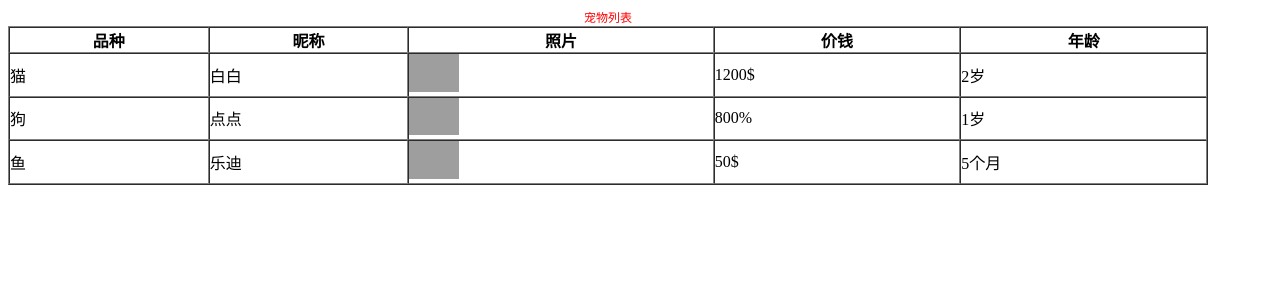
Repository: l897284707/0913
Page: 练习二.html
The author's editor kept a copy of each file at every save. The page is drawn from the files as they stood at one save, then again after the next save.
The browser window is 1280 px wide. The pictures show the whole page.
Pictures or frames that could not be fetched are drawn as grey boxes.

Above is the page before, as saved 2022-09-13 17:49:18.

### 练习二.html
<!DOCTYPE html>
<html lang="en">

<head>
    <meta charset="UTF-8">
    <meta http-equiv="X-UA-Compatible" content="IE=edge">
    <meta name="viewport" content="width=device-width, initial-scale=1.0">
    <title>Document</title>
</head>

<body>
    <table border="1" cellspacing="0" cellpadding="0" width="1200">
        <caption style="color:red;font-size: 12px;font-family: 华文行楷 ;">宠物列表</caption>
        <tr>
            <th>品种</th>
            <th>昵称</th>
            <th>照片</th>
            <th>价钱</th>
            <th>年龄</th>
        </tr>
        <tr>
            <td>猫</td>
            <td>白白</td>
            <td><img src="https://gimg2.baidu.com/image_search/src=http%3A%2F%2Fci.xiaohongshu.com%2F988586a5-dec9-53ea-35cb-02488db6c9b5%3FimageView2%2F2%2Fw%2F1080%2Fformat%2Fjpg&refer=http%3A%2F%2Fci.xiaohongshu.com&app=2002&size=f9999,10000&q=a80&n=0&g=0n&fmt=auto?sec=1665654343&t=7daca78476c671116aa444ebb5512f14"
                    alt="猫的图片" width="50"></td>
            <td>1200$</td>
            <td>2岁</td>
        </tr>
        <tr>
            <td>狗</td>
            <td>点点</td>
            <td><img src="https://img0.baidu.com/it/u=65557040,2229330939&fm=253&fmt=auto&app=120&f=JPEG?w=500&h=500" alt="狗的照片" width="50"></td>
            <td>800%</td>
            <td>1岁</td>
        </tr>
        <tr>
            <td>鱼</td>
            <td>乐迪</td>
            <td><img src="https://img0.baidu.com/it/u=2038138131,2263571719&fm=253&fmt=auto&app=138&f=JPEG?w=751&h=500" alt="鱼的照片" width="50"></td>
            <td>50$</td>
            <td>5个月</td>
        </tr>

    </table>
</body>

</html>

After the next save:
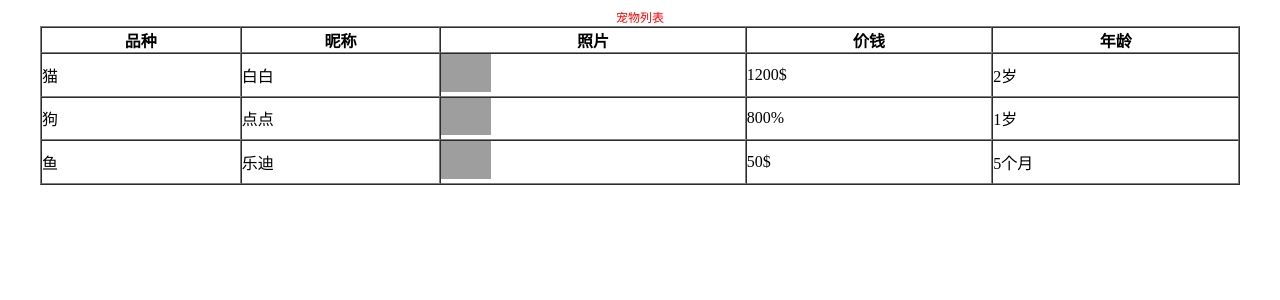
Saved 8 s later.
--- a/练习二.html
+++ b/练习二.html
@@ -9,7 +9,7 @@
 </head>
 
 <body>
-    <table border="1" cellspacing="0" cellpadding="0" width="1200">
+    <table border="1" cellspacing="0" cellpadding="0" width="1200" align="center">
         <caption style="color:red;font-size: 12px;font-family: 华文行楷 ;">宠物列表</caption>
         <tr>
             <th>品种</th>
